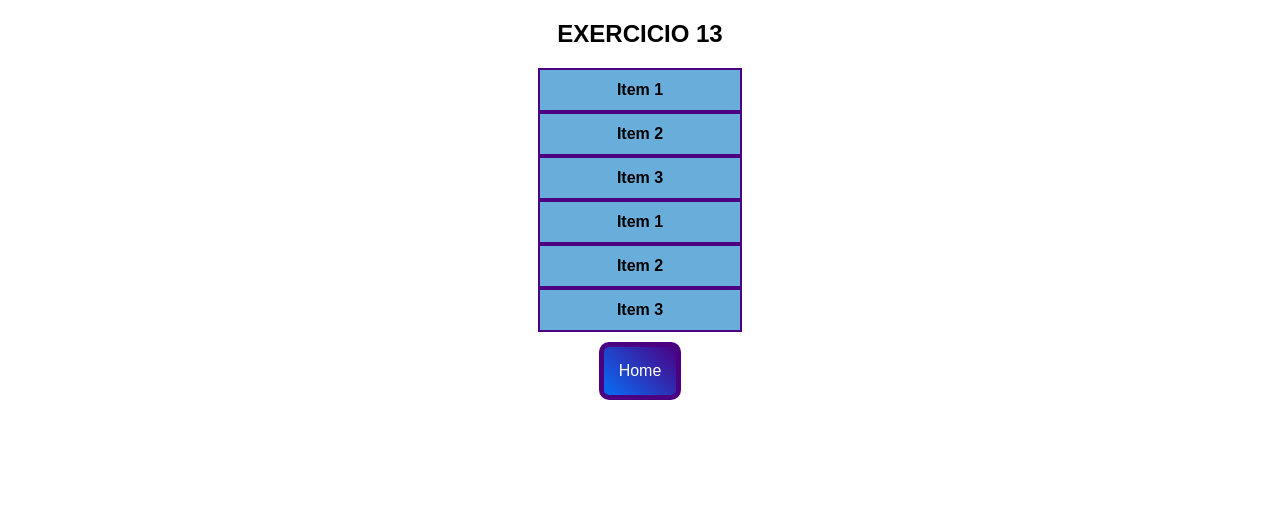
Repository: Elianmrey/TP1-Mobile-First
Page: EXERCISES/EX_13/index.html
The author's editor kept a copy of each file at every save. The page is drawn from the files as they stood at one save, then again after the next save.
The browser window is 1280 px wide. The pictures show the whole page.

Above is the page before, as saved 2024-08-05 16:48:54.

### EXERCISES/EX_13/index.html
<!DOCTYPE html>
<html lang="en">

<head>
  <link href="style.css" rel="stylesheet" type="text/css" />
  <meta charset="UTF-8">
  <meta name="viewport" content="width=device-width, initial-scale=1.0">
  <title>Document</title>
</head>

<body>

  <div class="titulo">
    <h2>EXERCICIO 13</h2>
  </div>

  <div class="item">Item 1</div>
  <div class="item">Item 2</div>
  <div class="item">Item 3 </div>

  <div class="item">Item 1</div>
  <div class="item">Item 2</div>
  <div class="item">Item 3 </div>

  <a href="../../index.html" class="link-home">Home</a>
</body>

</html>

### EXERCISES/EX_13/style.css
body
{
display: flex ;
flex-direction: column;
margin: 0;
padding: 0;
font-family: sans-serif;
justify-content: center;
align-items:center;
}
.titulo
{
  text-align: center;
}

.container-principal
{
  display: flex;
  justify-content: center;
  gap: 10px;
  border: groove 5px rgb(36, 29, 107);
  padding: 5%;
  width: 1000px;
  background-color: rgb(109, 171, 212);
}
.container-central
{
  display: flex;
  flex-direction: row;
  flex-wrap: wrap;
  border: groove 5px blue;
  gap: 10px;
  width: 750px;
  height: 200px;
  justify-content: space-around;
  align-items: center;
  background-color: rgb(148, 120, 224);
}
 .item
 {
display: flex;
justify-content: center;
align-items: center;
width: 200px;
height: 40px;
list-style: none;
font-family: sans-serif;
font-weight: 600;
border: solid 2px indigo;
 background-color: rgb(105, 173, 218);
}

.link-home
{
  margin-top: auto;
  margin: 10px;
  padding: 15px;
  text-decoration: none;
  color: white;
  border: solid 5px indigo;
  border-radius: 10px;;
  background: linear-gradient(45deg, rgb(6, 110, 245), rgb(74, 1, 133))
}

After the next save:
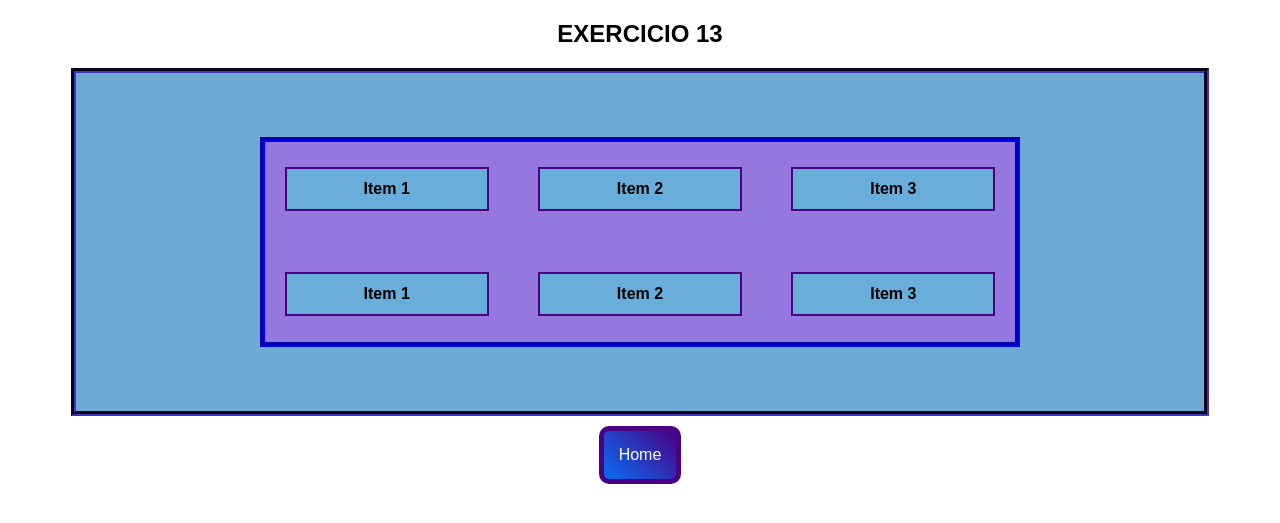
Saved 19 s later.
--- a/EXERCISES/EX_13/index.html
+++ b/EXERCISES/EX_13/index.html
@@ -14,14 +14,24 @@
     <h2>EXERCICIO 13</h2>
   </div>
 
-  <div class="item">Item 1</div>
-  <div class="item">Item 2</div>
-  <div class="item">Item 3 </div>
+  <div class="container-principal">
 
-  <div class="item">Item 1</div>
-  <div class="item">Item 2</div>
-  <div class="item">Item 3 </div>
+    <div class="container-central">
 
+      <div class="item">Item 1</div>
+      <div class="item">Item 2</div>
+      <div class="item">Item 3 </div>
+
+      <div class="item">Item 1</div>
+      <div class="item">Item 2</div>
+      <div class="item">Item 3 </div>
+
+
+
+    </div>
+
+
+  </div>
   <a href="../../index.html" class="link-home">Home</a>
 </body>
 
